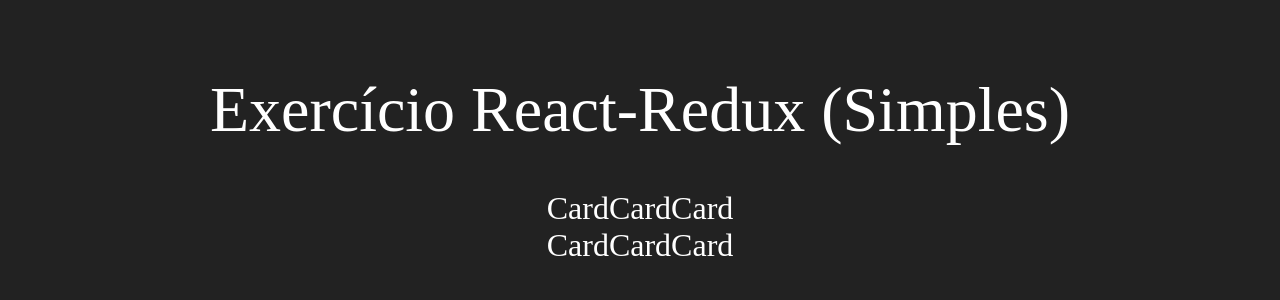
Repository: eversonps/redux-simples
Page: /
An editor plug-in stored every save of this project. The page is shown before and after the next save, followed by the edit.
The browser window is 1280 px wide. The pictures show the whole page.
The project was rebuilt for these pictures with package versions that can differ from the ones it lists, and the page was loaded fresh each time. Also part of the build but not shown: src/components/Card.css.

Above is the page before, as saved 2022-03-10 17:36:14.

After the next save:
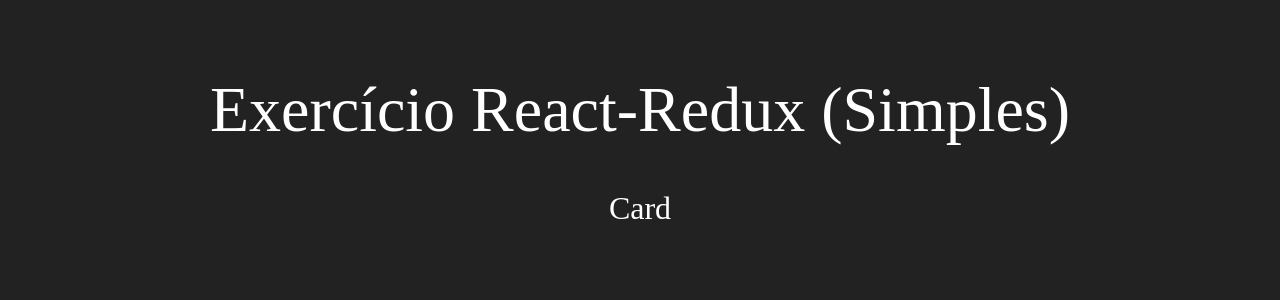
Saved 7 s later.
--- a/src/App.js
+++ b/src/App.js
@@ -7,13 +7,6 @@ function App() {
       <h1>Exercício React-Redux (Simples)</h1>
       <div className='linha'>
         <Card></Card>
-        <Card></Card>
-        <Card></Card>
-      </div>
-      <div className='linha'>
-        <Card></Card>
-        <Card></Card>
-        <Card></Card>
       </div>
     </div>
   );
